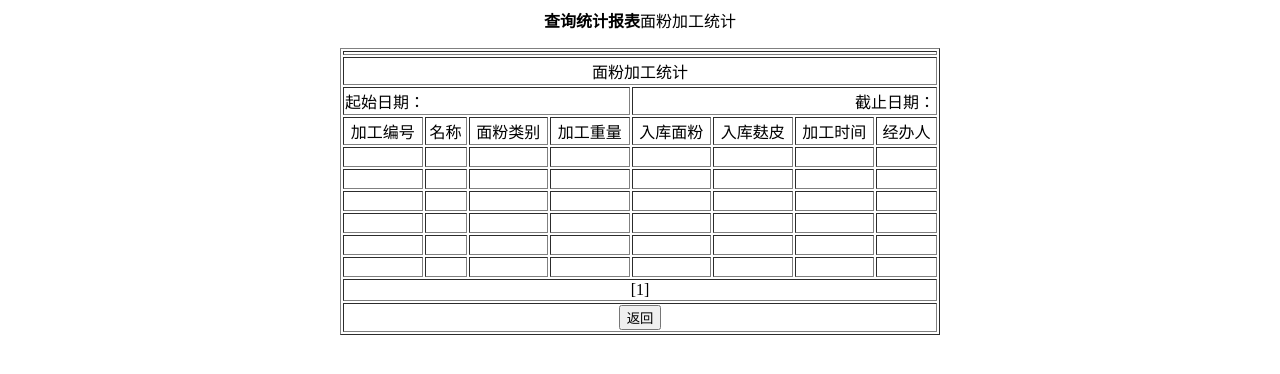
Repository: yuxingyan/OneCrewFlour
Page: http://localhost/Flour/showprocess.jsp
An editor plug-in stored every save of this project. The page is shown before and after the next save, followed by the edit.
The browser window is 1280 px wide. The pictures show the whole page.
The page is served by Tomcat 9. Nobody is signed in. The application's start-up code is not run. Other server files are loaded and not shown.

Above is the page before, as saved 2018-01-11 07:19:12.

### Flour/WebRoot/showprocess.jsp
<%@ page language="java" import="java.util.*" pageEncoding="utf-8"%>
<%
String path = request.getContextPath();
String basePath = request.getScheme()+"://"+request.getServerName()+":"+request.getServerPort()+path+"/";
%>

<!DOCTYPE HTML PUBLIC "-//W3C//DTD HTML 4.01 Transitional//EN">
<html>
  <head>
    <base href="<%=basePath%>">

    <title>My JSP 'showprocess.jsp' starting page</title>

	<meta http-equiv="pragma" content="no-cache">
	<meta http-equiv="cache-control" content="no-cache">
	<meta http-equiv="expires" content="0">
	<meta http-equiv="keywords" content="keyword1,keyword2,keyword3">
	<meta http-equiv="description" content="This is my page">
	<!--
	<link rel="stylesheet" type="text/css" href="styles.css">
	-->

  </head>

  <body>
   <center>
    <form   name="面粉加工统计" action="" method="post">
    <p><b>查询统计报表</b>面粉加工统计</p>
    <table border="1" width="600">
    <tr><td colspan="10" ></td></tr>
     <tr height="20px"><td align="center" colspan="8" >面粉加工统计</td></tr>
     <tr height="20px"><td align="left" colspan="4" >起始日期：</td><td align="right" colspan="4" >截止日期：</td>
     <tr>
    <td align="center">加工编号</td>
     <td align="center">名称</td>
      <td align="center">面粉类别</td>
       <td align="center">加工重量</td>
        <td align="center">入库面粉</td>
        <td align="center">入库麸皮</td>
        <td align="center">加工时间</td>
        <td align="center">经办人</td>
    </tr>
    <tr height="20px"><td></td><td></td><td></td><td></td><td></td><td></td><td></td><td></td></tr>
    <tr height="20px"><td></td><td></td><td></td><td></td><td></td><td></td><td></td><td></td></tr>
    <tr height="20px"><td></td><td></td><td></td><td></td><td></td><td></td><td></td><td></td></tr>
    <tr height="20px"><td></td><td></td><td></td><td></td><td></td><td></td><td></td><td></td></tr>
    <tr height="20px"><td></td><td></td><td></td><td></td><td><td></td><td></td><td></td></td></tr>
    <tr height="20px"><td></td><td></td><td></td><td></td><td><td></td><td></td><td></td></td></tr>
    <tr><td align="center" colspan="10" >[1]</td></tr>
    <tr><td align="center" colspan="10" >
      <button type="button">返回</button>
      </td></tr>
    </table>
    </form>
    </center>
  </body>
</html>

After the next save:
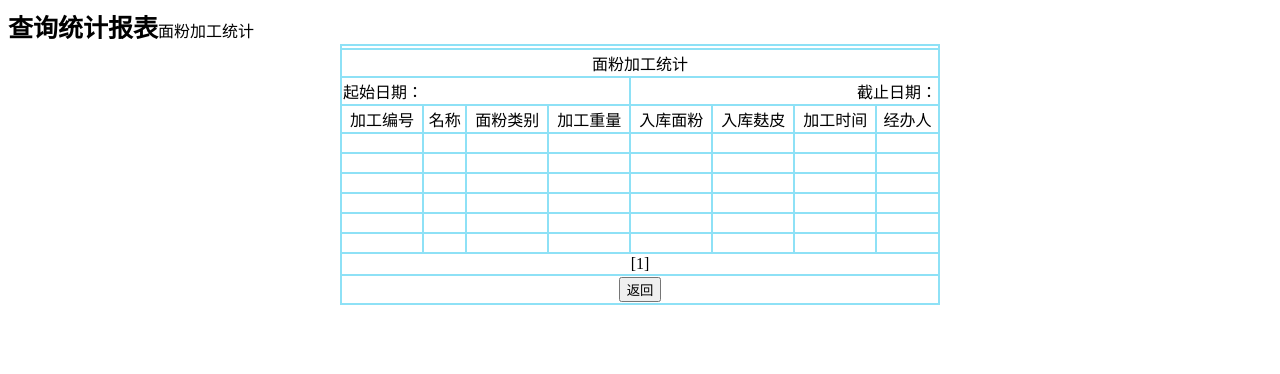
Saved 54 s later.
--- a/Flour/WebRoot/showprocess.jsp
+++ b/Flour/WebRoot/showprocess.jsp
@@ -22,11 +22,11 @@ String basePath = request.getScheme()+"://"+request.getServerName()+":"+request.
 
   </head>
 
-  <body>
+  <body> <strong style="font-size:25px">查询统计报表</strong>面粉加工统计
    <center>
     <form   name="面粉加工统计" action="" method="post">
-    <p><b>查询统计报表</b>面粉加工统计</p>
-    <table border="1" width="600">
+
+      <table border="1" width="600"  cellspacing="0" bordercolor="#8EE1F6">
     <tr><td colspan="10" ></td></tr>
      <tr height="20px"><td align="center" colspan="8" >面粉加工统计</td></tr>
      <tr height="20px"><td align="left" colspan="4" >起始日期：</td><td align="right" colspan="4" >截止日期：</td>
